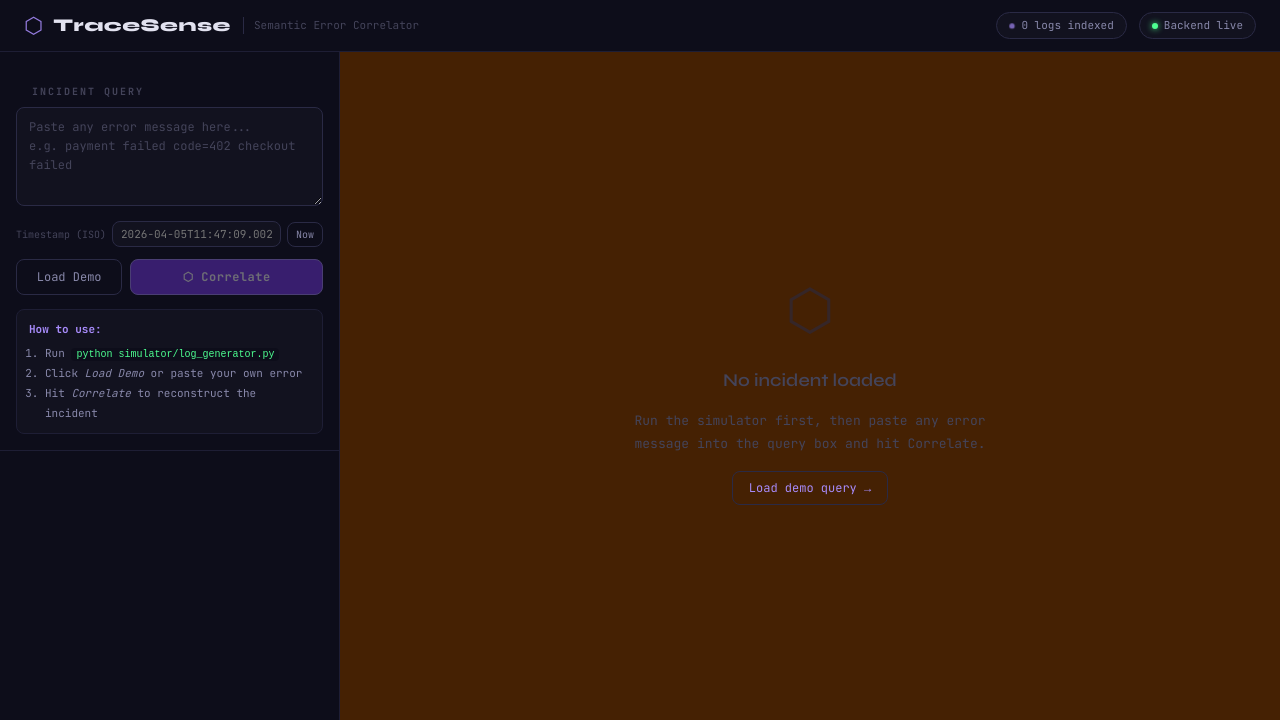
Repository: SaranyaM15/AI_Engineer_Journey
Page: / (app in tracesense/frontend/)
These files come from the project's save history. The page is drawn as it stood at one moment and after the next save; the edit follows.
The browser window is 1280 px wide. The pictures show the whole page.
The page's requests for data from a server got no answer. The project was rebuilt for these pictures with package versions that can differ from the ones it lists, and the page was loaded fresh each time. No one was signed in, and anything a server would have sent is missing. Also part of the build but not shown: tracesense/frontend/vite.config.js, tracesense/frontend/src/components/Timeline.jsx, tracesense/frontend/src/components/LogFeed.jsx.

Above is the page before, as saved 2026-04-05 18:40:54.

### tracesense/frontend/src/index.css
*, *::before, *::after {
  box-sizing: border-box;
  margin: 0;
  padding: 0;
}

html, body, #root {
  height: 100%;
  overflow: hidden;
}

### tracesense/frontend/src/App.jsx
import { useState, useEffect } from "react";
import axios from "axios";
import Timeline from "./components/Timeline";
import QueryPanel from "./components/QueryPanel";
import LogFeed from "./components/LogFeed";
import "./App.css";

const API = "http://localhost:8000";

export default function App() {
  const [query, setQuery] = useState("");
  const [timestamp, setTimestamp] = useState("");
  const [cluster, setCluster] = useState(null);
  const [loading, setLoading] = useState(false);
  const [logCount, setLogCount] = useState(0);
  const [error, setError] = useState(null);
  const [simulatorRunning, setSimulatorRunning] = useState(false);

  useEffect(() => {
    fetchLogCount();
    const interval = setInterval(fetchLogCount, 5000);
    return () => clearInterval(interval);
  }, []);

  async function fetchLogCount() {
    try {
      const res = await axios.get(`${API}/logs/count`);
      setLogCount(res.data.total_logs_stored);
    } catch {
      // backend not reachable yet
    }
  }

  async function runCorrelation() {
    if (!query.trim()) return;
    setLoading(true);
    setError(null);
    setCluster(null);

    const ts = timestamp || new Date().toISOString();

    try {
      const res = await axios.post(`${API}/correlate`, {
        message: query,
        timestamp: ts,
      });
      setCluster(res.data);
    } catch (e) {
      setError("Could not reach backend. Make sure uvicorn is running on :8000");
    } finally {
      setLoading(false);
    }
  }

  function handleDemo() {
    setQuery("payment failed code=402 checkout failed");
    setTimestamp("2026-04-05T11:47:09.002Z");
  }

  return (
    <div className="app">
      {/* Top Bar */}
      <header className="topbar">
        <div className="topbar-left">
          <span className="logo-icon">⬡</span>
          <span className="logo-text">TraceSense</span>
          <span className="logo-sub">Semantic Error Correlator</span>
        </div>
        <div className="topbar-right">
          <div className="stat-pill">
            <span className="stat-dot pulse" />
            <span>{logCount.toLocaleString()} logs indexed</span>
          </div>
          <div className="status-pill">
            <span className="status-dot" />
            <span>Backend live</span>
          </div>
        </div>
      </header>

      <div className="layout">
        {/* Left Panel */}
        <aside className="left-panel">
          <QueryPanel
            query={query}
            setQuery={setQuery}
            timestamp={timestamp}
            setTimestamp={setTimestamp}
            onCorrelate={runCorrelation}
            onDemo={handleDemo}
            loading={loading}
          />
          {cluster && (
            <LogFeed cluster={cluster} />
          )}
        </aside>

        {/* Main Timeline */}
        <main className="main-panel">
          {!cluster && !loading && (
            <div className="empty-state">
              <div className="empty-icon">⬡</div>
              <h2>No incident loaded</h2>
              <p>
                Run the simulator first, then paste any error message into
                the query box and hit Correlate.
              </p>
              <button className="demo-hint" onClick={handleDemo}>
                Load demo query →
              </button>
            </div>
          )}
          {loading && (
            <div className="empty-state">
              <div className="spinner" />
              <p>Correlating across services...</p>
            </div>
          )}
          {error && (
            <div className="empty-state error-state">
              <p>{error}</p>
            </div>
          )}
          {cluster && !loading && (
            <Timeline cluster={cluster} />
          )}
        </main>
      </div>
    </div>
  );
}

### tracesense/frontend/src/components/QueryPanel.jsx
export default function QueryPanel({
  query, setQuery, timestamp, setTimestamp,
  onCorrelate, onDemo, loading
}) {
  return (
    <div className="query-panel">
      <div className="panel-label">INCIDENT QUERY</div>

      <textarea
        className="query-input"
        placeholder="Paste any error message here...&#10;e.g. payment failed code=402 checkout failed"
        value={query}
        onChange={e => setQuery(e.target.value)}
        rows={4}
      />

      <div className="ts-row">
        <label className="ts-label">Timestamp (ISO)</label>
        <input
          className="ts-input"
          placeholder="2026-04-05T11:47:09.002Z"
          value={timestamp}
          onChange={e => setTimestamp(e.target.value)}
        />
        <button
          className="now-btn"
          onClick={() => setTimestamp(new Date().toISOString())}
        >
          Now
        </button>
      </div>

      <div className="btn-row">
        <button className="demo-btn" onClick={onDemo}>
          Load Demo
        </button>
        <button
          className="correlate-btn"
          onClick={onCorrelate}
          disabled={loading || !query.trim()}
        >
          {loading ? "Correlating..." : "⬡ Correlate"}
        </button>
      </div>

      <div className="hint-box">
        <strong>How to use:</strong>
        <ol>
          <li>Run <code>python simulator/log_generator.py</code></li>
          <li>Click <em>Load Demo</em> or paste your own error</li>
          <li>Hit <em>Correlate</em> to reconstruct the incident</li>
        </ol>
      </div>
    </div>
  );
}

### tracesense/frontend/src/App.css
@import url('https://fonts.googleapis.com/css2?family=JetBrains+Mono:wght@400;500;700&family=Syne:wght@400;600;800&display=swap');

/* ── Variables ── */
:root {
  --bg:         #452103;
  --bg2:        #0d0d1a;
  --bg3:        #12121f;
  --border:     #1e1e35;
  --border2:    #2a2a45;
  --accent:     #a78bfa;
  --accent2:    #7c3aed;
  --text:       #e2e2f0;
  --text2:      #8888aa;
  --text3:      #44445a;
  --mono:       'JetBrains Mono', monospace;
  --display:    'Syne', sans-serif;
  --error:      #ff4d4d;
  --warn:       #f5a623;
  --info:       #4dff91;
  --radius:     8px;
}

/* ── Reset ── */
*, *::before, *::after { box-sizing: border-box; margin: 0; padding: 0; }

body {
  background:  var(--bg);
  color:       var(--text);
  font-family: var(--mono);
  font-size:   13px;
  line-height: 1.5;
  overflow:    hidden;
  height:      100vh;
}

#root { height: 100vh; display: flex; flex-direction: column; }

/* ── App Layout ── */
.app {
  display:        flex;
  flex-direction: column;
  height:         100vh;
  overflow:       hidden;
}

/* ── Topbar ── */
.topbar {
  display:         flex;
  align-items:     center;
  justify-content: space-between;
  padding:         0 24px;
  height:          52px;
  background:      var(--bg2);
  border-bottom:   1px solid var(--border);
  flex-shrink:     0;
}

.topbar-left {
  display:     flex;
  align-items: center;
  gap:         10px;
}

.logo-icon {
  color:       var(--accent);
  font-size:   22px;
  line-height: 1;
  animation:   pulse-icon 3s ease-in-out infinite;
}

@keyframes pulse-icon {
  0%, 100% { opacity: 1; }
  50%       { opacity: 0.5; }
}

.logo-text {
  font-family: var(--display);
  font-weight: 800;
  font-size:   18px;
  letter-spacing: 0.5px;
  color:       var(--text);
}

.logo-sub {
  color:       var(--text3);
  font-size:   11px;
  border-left: 1px solid var(--border2);
  padding-left: 10px;
  margin-left:  2px;
}

.topbar-right {
  display:     flex;
  align-items: center;
  gap:         12px;
}

.stat-pill, .status-pill {
  display:       flex;
  align-items:   center;
  gap:           6px;
  padding:       4px 12px;
  border-radius: 20px;
  border:        1px solid var(--border2);
  background:    var(--bg3);
  font-size:     11px;
  color:         var(--text2);
}

.stat-dot {
  width:         6px;
  height:        6px;
  border-radius: 50%;
  background:    var(--accent);
}

.stat-dot.pulse {
  animation: dot-pulse 2s ease-in-out infinite;
}

@keyframes dot-pulse {
  0%, 100% { opacity: 1; transform: scale(1); }
  50%       { opacity: 0.4; transform: scale(0.8); }
}

.status-dot {
  width:         6px;
  height:        6px;
  border-radius: 50%;
  background:    var(--info);
  box-shadow:    0 0 6px var(--info);
}

/* ── Main Layout ── */
.layout {
  display:  flex;
  flex:     1;
  overflow: hidden;
}

/* ── Left Panel ── */
.left-panel {
  width:        340px;
  flex-shrink:  0;
  background:   var(--bg2);
  border-right: 1px solid var(--border);
  display:      flex;
  flex-direction: column;
  overflow:     hidden;
}

.panel-label {
  font-size:      10px;
  letter-spacing: 2px;
  color:          var(--text3);
  font-weight:    700;
  padding:        16px 16px 8px;
  display:        flex;
  align-items:    center;
  gap:            8px;
}

.count-badge {
  background:    var(--accent2);
  color:         white;
  border-radius: 10px;
  padding:       1px 7px;
  font-size:     10px;
}

/* ── Query Panel ── */
.query-panel {
  padding:     16px;
  border-bottom: 1px solid var(--border);
  flex-shrink: 0;
}

.query-input {
  width:        100%;
  background:   var(--bg3);
  border:       1px solid var(--border2);
  border-radius: var(--radius);
  color:        var(--text);
  font-family:  var(--mono);
  font-size:    12px;
  padding:      10px 12px;
  resize:       vertical;
  outline:      none;
  transition:   border-color 0.2s;
  line-height:  1.6;
}

.query-input:focus {
  border-color: var(--accent);
}

.query-input::placeholder { color: var(--text3); }

.ts-row {
  display:     flex;
  align-items: center;
  gap:         6px;
  margin-top:  10px;
}

.ts-label {
  font-size:   10px;
  color:       var(--text3);
  white-space: nowrap;
}

.ts-input {
  flex:         1;
  background:   var(--bg3);
  border:       1px solid var(--border2);
  border-radius: var(--radius);
  color:        var(--text2);
  font-family:  var(--mono);
  font-size:    11px;
  padding:      5px 8px;
  outline:      none;
  min-width:    0;
}

.ts-input:focus { border-color: var(--accent); }

.now-btn {
  background:    transparent;
  border:        1px solid var(--border2);
  border-radius: var(--radius);
  color:         var(--text2);
  font-family:   var(--mono);
  font-size:     10px;
  padding:       5px 8px;
  cursor:        pointer;
  white-space:   nowrap;
  transition:    all 0.15s;
}

.now-btn:hover {
  border-color: var(--accent);
  color:        var(--accent);
}

.btn-row {
  display:    flex;
  gap:        8px;
  margin-top: 12px;
}

.demo-btn {
  flex:          1;
  background:    transparent;
  border:        1px solid var(--border2);
  border-radius: var(--radius);
  color:         var(--text2);
  font-family:   var(--mono);
  font-size:     12px;
  padding:       9px;
  cursor:        pointer;
  transition:    all 0.15s;
}

.demo-btn:hover {
  border-color: var(--accent);
  color:        var(--accent);
}

.correlate-btn {
  flex:          2;
  background:    var(--accent2);
  border:        1px solid var(--accent);
  border-radius: var(--radius);
  color:         white;
  font-family:   var(--mono);
  font-size:     12px;
  font-weight:   700;
  padding:       9px;
  cursor:        pointer;
  transition:    all 0.15s;
  letter-spacing: 0.5px;
}

.correlate-btn:hover:not(:disabled) {
  background: var(--accent);
  box-shadow: 0 0 20px var(--accent2);
}

.correlate-btn:disabled {
  opacity: 0.4;
  cursor: not-allowed;
}

.hint-box {
  margin-top:    14px;
  background:    var(--bg3);
  border:        1px solid var(--border);
  border-radius: var(--radius);
  padding:       10px 12px;
  font-size:     11px;
  color:         var(--text2);
  line-height:   1.8;
}

.hint-box strong { color: var(--accent); }
.hint-box ol { padding-left: 16px; margin-top: 4px; }
.hint-box code {
  background:    var(--bg2);
  padding:       1px 5px;
  border-radius: 4px;
  color:         var(--info);
  font-size:     10px;
}

/* ── Log Feed ── */
.log-feed {
  flex:      1;
  overflow:  hidden;
  display:   flex;
  flex-direction: column;
}

.log-list {
  flex:       1;
  overflow-y: auto;
  padding:    8px;
  display:    flex;
  flex-direction: column;
  gap:        6px;
}

.log-list::-webkit-scrollbar { width: 4px; }
.log-list::-webkit-scrollbar-track { background: transparent; }
.log-list::-webkit-scrollbar-thumb { background: var(--border2); border-radius: 2px; }

.log-card {
  background:    var(--bg3);
  border:        1px solid var(--border);
  border-radius: var(--radius);
  padding:       10px;
  transition:    border-color 0.15s;
  animation:     slide-in 0.3s ease both;
}

@keyframes slide-in {
  from { opacity: 0; transform: translateX(-10px); }
  to   { opacity: 1; transform: translateX(0); }
}

.log-card:hover { border-color: var(--border2); }

.log-card-top {
  display:     flex;
  align-items: center;
  gap:         6px;
  margin-bottom: 5px;
}

.log-icon   { font-size: 14px; }
.log-level  { font-size: 10px; font-weight: 700; letter-spacing: 1px; }
.log-service { flex: 1; font-size: 11px; color: var(--text2); }
.log-score  { font-size: 11px; color: var(--accent); font-weight: 700; }

.log-message {
  font-size:   11px;
  color:       var(--text);
  line-height: 1.5;
  word-break:  break-word;
  margin-bottom: 6px;
}

.log-meta {
  display:         flex;
  justify-content: space-between;
  align-items:     center;
  font-size:       10px;
  color:           var(--text3);
}

.score-bars {
  display: flex;
  gap:     8px;
}

.score-bars span { color: var(--text3); }

.conf-bar-bg {
  height:        2px;
  background:    var(--border);
  border-radius: 1px;
  margin-top:    6px;
  overflow:      hidden;
}

.conf-bar-fill {
  height:     100%;
  background: linear-gradient(90deg, var(--accent2), var(--accent));
  border-radius: 1px;
  transition: width 0.5s ease;
}

/* ── Main Panel ── */
.main-panel {
  flex:       1;
  overflow-y: auto;
  padding:    24px;
}

.main-panel::-webkit-scrollbar { width: 5px; }
.main-panel::-webkit-scrollbar-track { background: transparent; }
.main-panel::-webkit-scrollbar-thumb { background: var(--border2); border-radius: 3px; }

/* ── Empty State ── */
.empty-state {
  display:         flex;
  flex-direction:  column;
  align-items:     center;
  justify-content: center;
  height:          100%;
  gap:             16px;
  text-align:      center;
  color:           var(--text2);
  animation:       fade-in 0.4s ease;
}

@keyframes fade-in {
  from { opacity: 0; }
  to   { opacity: 1; }
}

.empty-icon {
  font-size:  56px;
  color:      var(--border2);
  animation:  pulse-icon 4s ease-in-out infinite;
}

.empty-state h2 {
  font-family: var(--display);
  font-weight: 600;
  color:       var(--text3);
  font-size:   18px;
}

.empty-state p {
  max-width:  380px;
  color:      var(--text3);
  font-size:  13px;
  line-height: 1.7;
}

.demo-hint {
  background:    transparent;
  border:        1px solid var(--border2);
  border-radius: var(--radius);
  color:         var(--accent);
  font-family:   var(--mono);
  font-size:     12px;
  padding:       8px 16px;
  cursor:        pointer;
  transition:    all 0.15s;
}

.demo-hint:hover {
  border-color: var(--accent);
  box-shadow:   0 0 14px var(--accent2);
}

.error-state { color: var(--error); }

/* ── Spinner ── */
.spinner {
  width:         36px;
  height:        36px;
  border:        3px solid var(--border2);
  border-top:    3px solid var(--accent);
  border-radius: 50%;
  animation:     spin 0.8s linear infinite;
}

@keyframes spin {
  to { transform: rotate(360deg); }
}

/* ── Timeline ── */
.timeline-wrap {
  display:        flex;
  flex-direction: column;
  gap:            20px;
  animation:      fade-in 0.4s ease;
}

.timeline-header {
  border-bottom: 1px solid var(--border);
  padding-bottom: 16px;
}

.tl-title {
  font-family: var(--display);
  font-weight: 700;
  font-size:   20px;
  color:       var(--text);
  display:     flex;
  align-items: center;
  gap:         12px;
  margin-bottom: 6px;
}

.tl-badge {
  font-family:   var(--mono);
  font-size:     11px;
  font-weight:   400;
  background:    var(--accent2);
  color:         white;
  padding:       2px 10px;
  border-radius: 10px;
}

.tl-query {
  font-size:  12px;
  color:      var(--text3);
}

.tl-query em {
  color:      var(--accent);
  font-style: normal;
}

/* ── Swim Lanes ── */
.swim-container {
  display:        flex;
  flex-direction: column;
  gap:            0;
}

.swim-lane {
  display:     flex;
  align-items: stretch;
  min-height:  80px;
  border-bottom: 1px solid var(--border);
}

.swim-lane:last-child { border-bottom: none; }

.lane-label {
  width:          160px;
  flex-shrink:    0;
  display:        flex;
  align-items:    center;
  gap:            8px;
  padding:        16px 12px;
  border-left:    3px solid transparent;
  font-size:      11px;
  color:          var(--text2);
  background:     var(--bg2);
}

.lane-dot {
  width:         8px;
  height:        8px;
  border-radius: 50%;
  flex-shrink:   0;
}

.lane-track {
  flex:       1;
  position:   relative;
  padding:    16px 20px;
  display:    flex;
  flex-direction: column;
  gap:        10px;
}

.lane-line {
  position:     absolute;
  left:         0;
  right:        0;
  top:          50%;
  height:       1px;
  border-top:   1px dashed;
  pointer-events: none;
  z-index:      0;
}

.lane-event {
  display:     flex;
  align-items: flex-start;
  gap:         12px;
  position:    relative;
  z-index:     1;
}

.event-dot {
  width:         14px;
  height:        14px;
  border-radius: 50%;
  border:        2px solid;
  flex-shrink:   0;
  margin-top:    3px;
  cursor:        pointer;
  transition:    transform 0.15s;
}

.event-dot:hover { transform: scale(1.4); }

.event-card {
  background:    var(--bg3);
  border:        1px solid var(--border);
  border-left:   3px solid;
  border-radius: var(--radius);
  padding:       8px 12px;
  flex:          1;
  animation:     slide-in 0.3s ease both;
}

.event-card-top {
  display:     flex;
  align-items: center;
  gap:         8px;
  margin-bottom: 4px;
}

.event-level {
  font-size:      10px;
  font-weight:    700;
  letter-spacing: 1px;
}

.event-time  { font-size: 10px; color: var(--text3); }
.event-score { font-size: 10px; color: var(--accent); margin-left: auto; }

.event-message {
  font-size:  11px;
  color:      var(--text);
  word-break: break-word;
  line-height: 1.5;
}

/* ── Root Cause Banner ── */
.root-cause-banner {
  display:       flex;
  align-items:   center;
  gap:           12px;
  background:    linear-gradient(135deg, #1a0a2e, #0d0d1a);
  border:        1px solid var(--accent2);
  border-radius: var(--radius);
  padding:       12px 18px;
  font-size:     12px;
  box-shadow:    0 0 24px #7c3aed22;
}

.rc-label {
  color:          var(--accent);
  font-weight:    700;
  letter-spacing: 1px;
  font-size:      10px;
  white-space:    nowrap;
}

.rc-service {
  background:    var(--accent2);
  color:         white;
  padding:       2px 10px;
  border-radius: 10px;
  font-size:     11px;
  white-space:   nowrap;
}

.rc-message {
  flex:      1;
  color:     var(--text2);
  font-size: 11px;
  overflow:  hidden;
  text-overflow: ellipsis;
  white-space:   nowrap;
}

.rc-time {
  color:      var(--text3);
  font-size:  11px;
  white-space: nowrap;
}

/* ── Canvas ── */
.connector-canvas {
  z-index: 2;
}

Loaded but not shown: tracesense/frontend/src/main.jsx (common file)

After the next save:
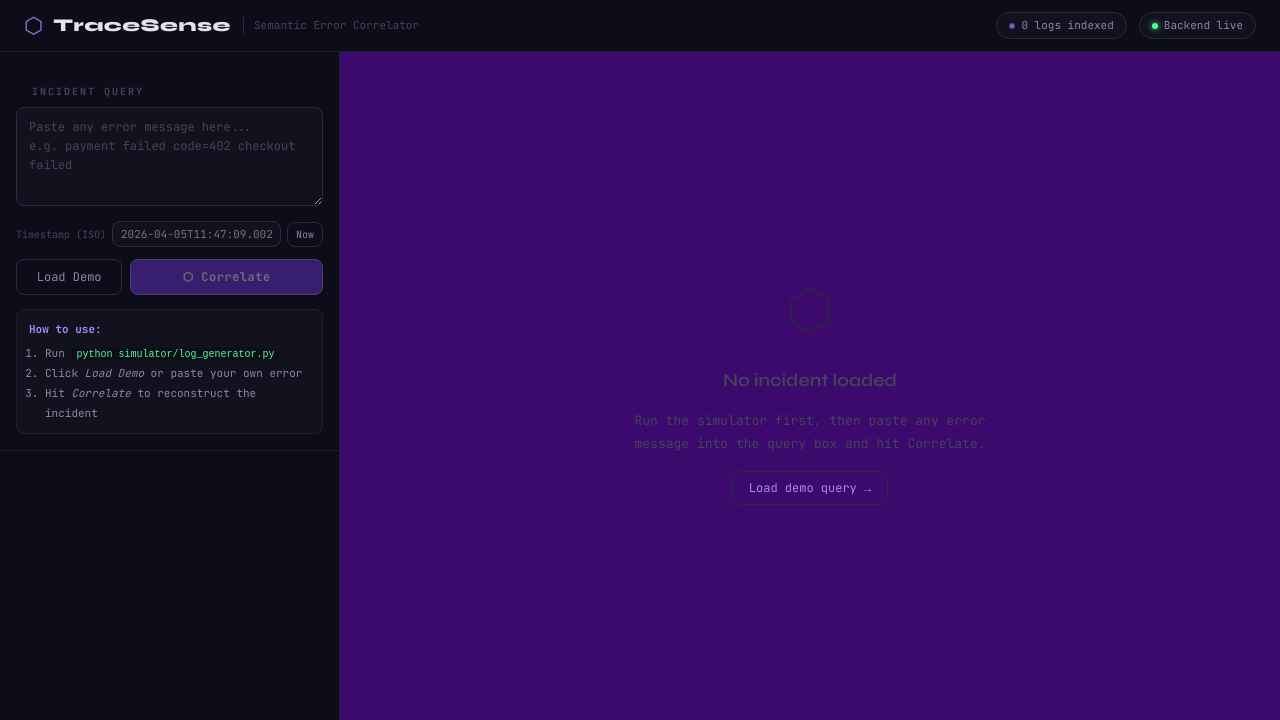
Saved 72 s later.
--- a/tracesense/frontend/src/App.css
+++ b/tracesense/frontend/src/App.css
@@ -2,7 +2,7 @@
 
 /* ── Variables ── */
 :root {
-  --bg:         #452103;
+  --bg:         #3C096C;
   --bg2:        #0d0d1a;
   --bg3:        #12121f;
   --border:     #1e1e35;
